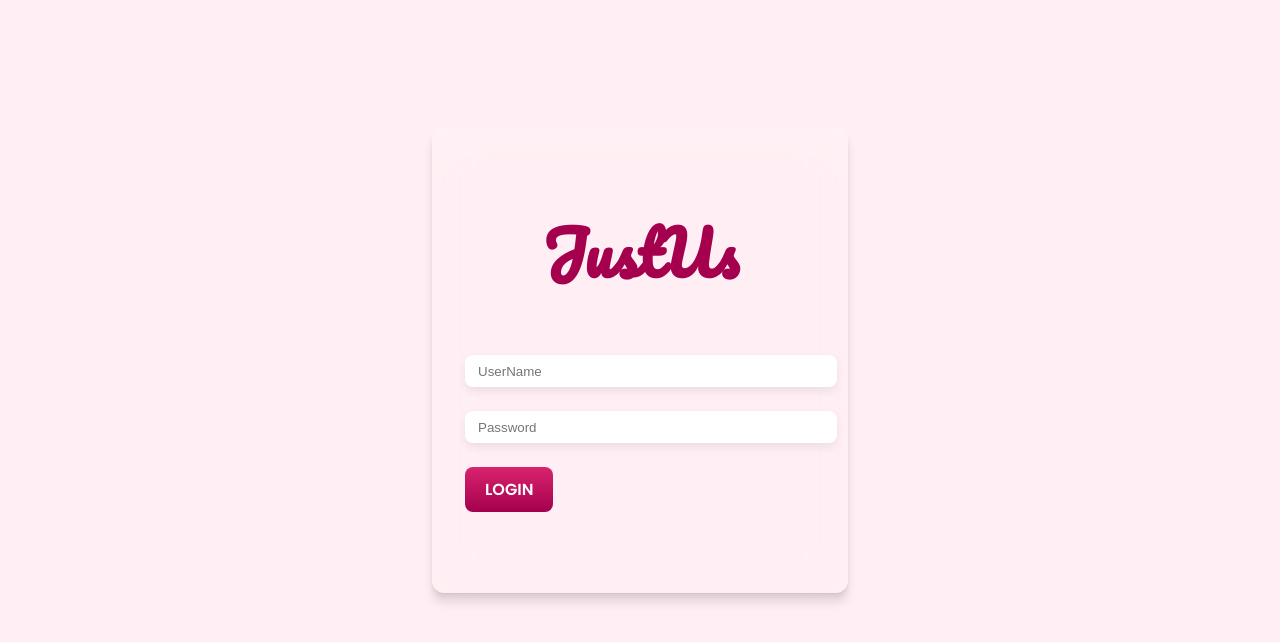
Repository: AfifaNoor/JustUs_ReactJs
Page: /
These files come from the project's save history. The page is drawn as it stood at one moment and after the next save; the edit follows.
The browser window is 1280 px wide. The pictures show the whole page.
The project was rebuilt for these pictures with package versions that can differ from the ones it lists, and the page was loaded fresh each time.

Above is the page before, as saved 2025-07-14 16:08:13.

After the next save:
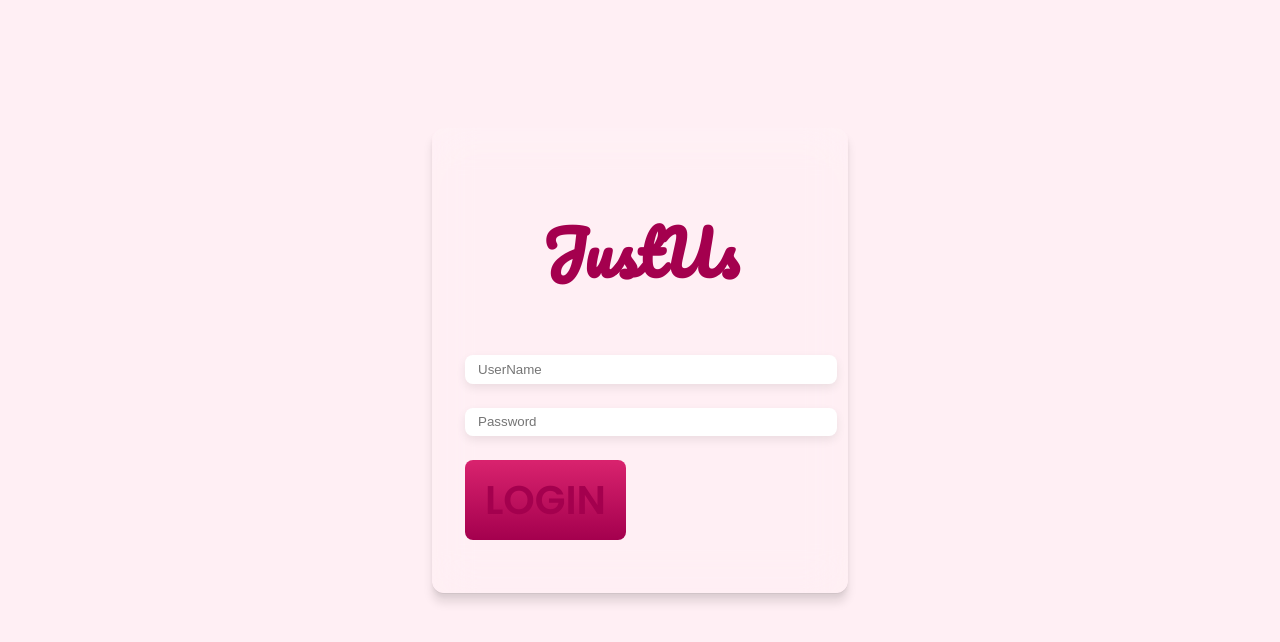
Saved 42 s later.
--- a/src/LoginPage.css
+++ b/src/LoginPage.css
@@ -37,6 +37,8 @@
   font-size: 16px;
   text-transform: uppercase;
   font-family: 'Poppins', sans-serif;
+  font-size: 40px;
+  color: #A4004E;
   margin-bottom: 20px;
   text-align: center;
 }

After the save that followed:
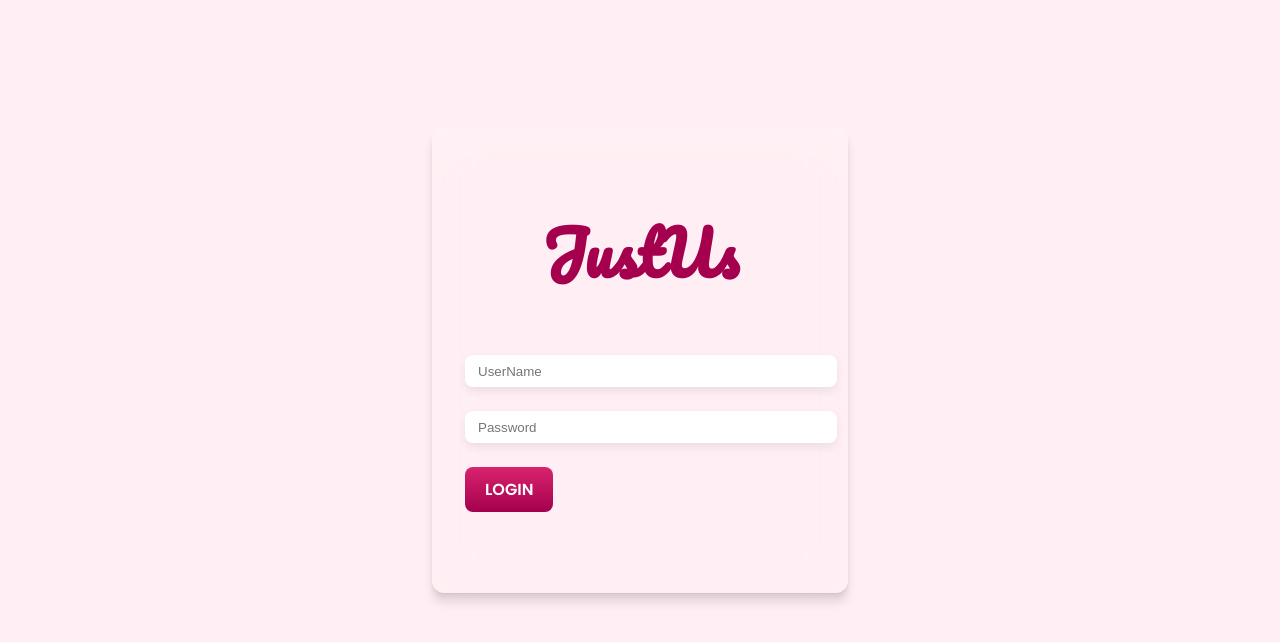
Saved 5 s later.
--- a/src/LoginPage.css
+++ b/src/LoginPage.css
@@ -37,8 +37,7 @@
   font-size: 16px;
   text-transform: uppercase;
   font-family: 'Poppins', sans-serif;
-  font-size: 40px;
-  color: #A4004E;
+
   margin-bottom: 20px;
   text-align: center;
 }
